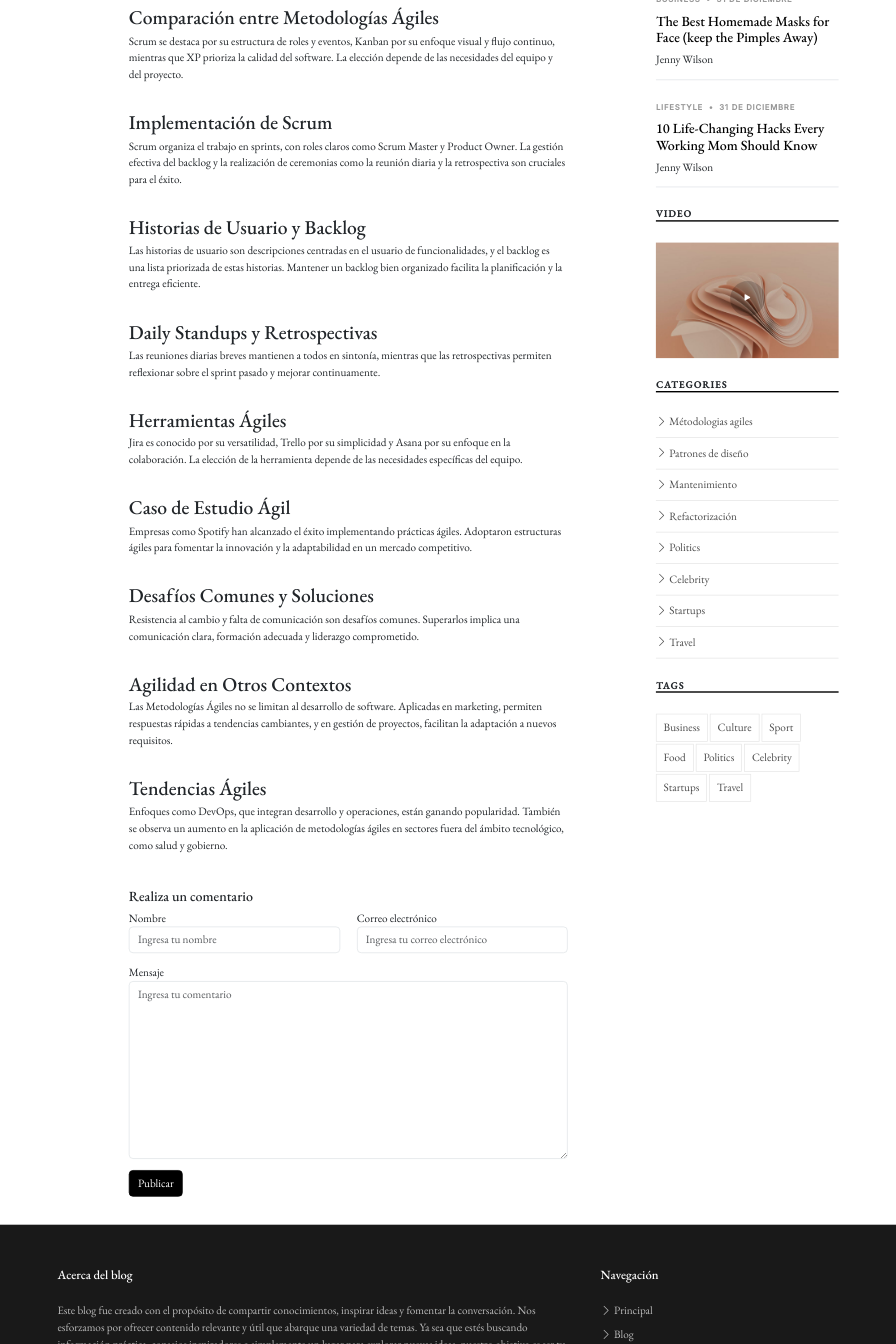
Repository: MiguelDev5/blog-miguel
Page: ma-post.html
An editor plug-in stored every save of this project. The page is shown before and after the next save, followed by the edit.
The browser window is 1280 px wide. The pictures show the part of the page from y = 861 to 2781 px (the page is 3064 px tall), at 70% of full size.
Some web fonts or font styles are not loaded; a fallback is used.

Above is the page before, as saved 2024-01-01 14:18:48.

### ma-post.html
<!DOCTYPE html>
<html lang="en">

<head>
  <meta charset="utf-8">
  <meta content="width=device-width, initial-scale=1.0" name="viewport">

  <title>MiguelBlog Bootstrap Template - Single Post</title>
  <meta content="" name="description">
  <meta content="" name="keywords">

  <!-- Favicons -->
  <link href="assets/img/favicon.png" rel="icon">
  <link href="assets/img/apple-touch-icon.png" rel="apple-touch-icon">

  <!-- Google Fonts -->
  <link rel="preconnect" href="https://fonts.googleapis.com">
  <link rel="preconnect" href="https://fonts.gstatic.com" crossorigin>
  <link href="https://fonts.googleapis.com/css2?family=EB+Garamond:wght@400;500&family=Inter:wght@400;500&family=Playfair+Display:ital,wght@0,400;0,700;1,400;1,700&display=swap" rel="stylesheet">

  <!-- Vendor CSS Files -->
  <link href="assets/vendor/bootstrap/css/bootstrap.min.css" rel="stylesheet">
  <link href="assets/vendor/bootstrap-icons/bootstrap-icons.css" rel="stylesheet">
  <link href="assets/vendor/swiper/swiper-bundle.min.css" rel="stylesheet">
  <link href="assets/vendor/glightbox/css/glightbox.min.css" rel="stylesheet">
  <link href="assets/vendor/aos/aos.css" rel="stylesheet">

  <!-- Template Main CSS Files -->
  <link href="assets/css/variables.css" rel="stylesheet">
  <link href="assets/css/main.css" rel="stylesheet">

  <!-- =======================================================
  * Template Name: MiguelBlog
  * Updated: Sep 18 2023 with Bootstrap v5.3.2
  * Template URL: https://bootstrapmade.com/miguelBlog-bootstrap-blog-template/
  * Author: BootstrapMade.com
  * License: https:///bootstrapmade.com/license/
  ======================================================== -->
</head>

<body>

  <!-- ======= Header ======= -->
  <header id="header" class="header d-flex align-items-center fixed-top">
    <div class="container-fluid container-xl d-flex align-items-center justify-content-between">

      <a href="index.html" class="logo d-flex align-items-center">
        <!-- Uncomment the line below if you also wish to use an image logo -->
        <!-- <img src="assets/img/logo.png" alt=""> -->
        <h1>MiguelBlog</h1>
      </a>

      <nav id="navbar" class="navbar">
        <ul>
          <li><a href="index.html">Blog miguel</a></li>
          <li><a href="about.html">Acerca de nosotros</a></li>
          <li><a href="contact.html">Contacto</a></li>
        </ul>
      </nav><!-- .navbar -->

      <div class="position-relative">
        <a href="#" class="mx-2"><span class="bi-facebook"></span></a>
        <a href="#" class="mx-2"><span class="bi-twitter"></span></a>
        <a href="#" class="mx-2"><span class="bi-instagram"></span></a>

        <a href="#" class="mx-2 js-search-open"><span class="bi-search"></span></a>
        <i class="bi bi-list mobile-nav-toggle"></i>

        <!-- ======= Search Form ======= -->
        <div class="search-form-wrap js-search-form-wrap">
          <form action="search-result.html" class="search-form">
            <span class="icon bi-search"></span>
            <input type="text" placeholder="Search" class="form-control">
            <button class="btn js-search-close"><span class="bi-x"></span></button>
          </form>
        </div><!-- End Search Form -->

      </div>

    </div>

  </header><!-- End Header -->

  <main id="main">

    <section class="single-post-content">
      <div class="container">
        <div class="row">
          <div class="col-md-9 post-content" data-aos="fade-up">

            <!-- ======= Single Post Content ======= -->
            <div class="single-post">
              <div class="post-meta"><span class="date">Metodologías ágiles</span> <span class="mx-1">&bullet;</span> <span>31 de Diciembre</span></div>
              <h1 class="mb-5">Introducción a las Metodologías Ágiles</h1>
              <p><span class="firstcharacter">L</span>as Metodologías Ágiles son enfoques colaborativos para el desarrollo que se centran en la adaptabilidad y la entrega incremental. Surgieron como respuesta a los desafíos de las metodologías tradicionales, priorizando la comunicación y la respuesta rápida a cambios.</p>
              <div class="col-md-9"></div>
                  <img src="assets/img/ma001.jpg" alt="" class="img-fluid" style="width: 200;">

              </div>
              <br/>
              <h3 class="mb-1">Introducción a las Metodologías Ágiles</h3>
              <p>Las Metodologías Ágiles son enfoques colaborativos para el desarrollo que se centran en la adaptabilidad y la entrega incremental. Surgieron como respuesta a los desafíos de las metodologías tradicionales, priorizando la comunicación y la respuesta rápida a cambios.</p>

              <br/>
              <h3 class="mb-1">Comparación entre Metodologías Ágiles</h3>
              <p>Scrum se destaca por su estructura de roles y eventos, Kanban por su enfoque visual y flujo continuo, mientras que XP prioriza la calidad del software. La elección depende de las necesidades del equipo y del proyecto.</p>

              <br/>
              <h3 class="mb-1">Implementación de Scrum</h3>
              <p>Scrum organiza el trabajo en sprints, con roles claros como Scrum Master y Product Owner. La gestión efectiva del backlog y la realización de ceremonias como la reunión diaria y la retrospectiva son cruciales para el éxito.</p>

              <br/>
              <h3 class="mb-1">Historias de Usuario y Backlog</h3>
              <p>Las historias de usuario son descripciones centradas en el usuario de funcionalidades, y el backlog es una lista priorizada de estas historias. Mantener un backlog bien organizado facilita la planificación y la entrega eficiente.</p>

              <br/>
              <h3 class="mb-1">Daily Standups y Retrospectivas</h3>
              <p>Las reuniones diarias breves mantienen a todos en sintonía, mientras que las retrospectivas permiten reflexionar sobre el sprint pasado y mejorar continuamente.</p>

              <br/>
              <h3 class="mb-1">Herramientas Ágiles</h3>
              <p>Jira es conocido por su versatilidad, Trello por su simplicidad y Asana por su enfoque en la colaboración. La elección de la herramienta depende de las necesidades específicas del equipo.</p>

              <br/>
              <h3 class="mb-1">Caso de Estudio Ágil</h3>
              <p>Empresas como Spotify han alcanzado el éxito implementando prácticas ágiles. Adoptaron estructuras ágiles para fomentar la innovación y la adaptabilidad en un mercado competitivo.</p>

              <br/>
              <h3 class="mb-1">Desafíos Comunes y Soluciones</h3>
              <p>Resistencia al cambio y falta de comunicación son desafíos comunes. Superarlos implica una comunicación clara, formación adecuada y liderazgo comprometido.</p>

              <br/>
              <h3 class="mb-1">Agilidad en Otros Contextos</h3>
              <p>Las Metodologías Ágiles no se limitan al desarrollo de software. Aplicadas en marketing, permiten respuestas rápidas a tendencias cambiantes, y en gestión de proyectos, facilitan la adaptación a nuevos requisitos.</p>

              <br/>
              <h3 class="mb-1">Tendencias Ágiles</h3>
              <p>Enfoques como DevOps, que integran desarrollo y operaciones, están ganando popularidad. También se observa un aumento en la aplicación de metodologías ágiles en sectores fuera del ámbito tecnológico, como salud y gobierno.</p>

            <!-- ======= Comments Form ======= -->
            <div class="row justify-content-center mt-5">

              <div class="col-lg-12">
                <h5 class="comment-title">Realiza un comentario</h5>
                <div class="row">
                  <div class="col-lg-6 mb-3">
                    <label for="comment-name">Nombre</label>
                    <input type="text" class="form-control" id="comment-name" placeholder="Ingresa tu nombre">
                  </div>
                  <div class="col-lg-6 mb-3">
                    <label for="comment-email">Correo electrónico</label>
                    <input type="text" class="form-control" id="comment-email" placeholder="Ingresa tu correo electrónico">
                  </div>
                  <div class="col-12 mb-3">
                    <label for="comment-message">Mensaje</label>

                    <textarea class="form-control" id="comment-message" placeholder="Ingresa tu comentario" cols="30" rows="10"></textarea>
                  </div>
                  <div class="col-12">
                    <input type="submit" class="btn btn-primary" value="Publicar">
                  </div>
                </div>
              </div>
            </div><!-- End Comments Form -->

          </div>
          <div class="col-md-3">
            <!-- ======= Sidebar ======= -->
            <div class="aside-block">

              <ul class="nav nav-pills custom-tab-nav mb-4" id="pills-tab" role="tablist">
                <li class="nav-item" role="presentation">
                  <button class="nav-link active" id="pills-popular-tab" data-bs-toggle="pill" data-bs-target="#pills-popular" type="button" role="tab" aria-controls="pills-popular" aria-selected="true">Popular</button>
                </li>
                <li class="nav-item" role="presentation">
                  <button class="nav-link" id="pills-latest-tab" data-bs-toggle="pill" data-bs-target="#pills-latest" type="button" role="tab" aria-controls="pills-latest" aria-selected="false">Últimos</button>
                </li>
              </ul>

              <div class="tab-content" id="pills-tabContent">

                <!-- Popular -->
                <div class="tab-pane fade show active" id="pills-popular" role="tabpanel" aria-labelledby="pills-popular-tab">
                  <div class="post-entry-1 border-bottom">
                    <div class="post-meta"><span class="date">Sport</span> <span class="mx-1">&bullet;</span> <span>31 de Diciembre</span></div>
                    <h2 class="mb-2"><a href="#">How to Avoid Distraction and Stay Focused During Video Calls?</a></h2>
                    <span class="author mb-3 d-block">Jenny Wilson</span>
                  </div>

                  <div class="post-entry-1 border-bottom">
                    <div class="post-meta"><span class="date">Lifestyle</span> <span class="mx-1">&bullet;</span> <span>31 de Diciembre</span></div>
                    <h2 class="mb-2"><a href="#">17 Pictures of Medium Length Hair in Layers That Will Inspire Your New Haircut</a></h2>
                    <span class="author mb-3 d-block">Jenny Wilson</span>
                  </div>

                  <div class="post-entry-1 border-bottom">
                    <div class="post-meta"><span class="date">Culture</span> <span class="mx-1">&bullet;</span> <span>31 de Diciembre</span></div>
                    <h2 class="mb-2"><a href="#">9 Half-up/half-down Hairstyles for Long and Medium Hair</a></h2>
                    <span class="author mb-3 d-block">Jenny Wilson</span>
                  </div>

                  <div class="post-entry-1 border-bottom">
                    <div class="post-meta"><span class="date">Lifestyle</span> <span class="mx-1">&bullet;</span> <span>31 de Diciembre</span></div>
                    <h2 class="mb-2"><a href="#">Life Insurance And Pregnancy: A Working Mom’s Guide</a></h2>
                    <span class="author mb-3 d-block">Jenny Wilson</span>
                  </div>

                  <div class="post-entry-1 border-bottom">
                    <div class="post-meta"><span class="date">Business</span> <span class="mx-1">&bullet;</span> <span>31 de Diciembre</span></div>
                    <h2 class="mb-2"><a href="#">The Best Homemade Masks for Face (keep the Pimples Away)</a></h2>
                    <span class="author mb-3 d-block">Jenny Wilson</span>
                  </div>

                  <div class="post-entry-1 border-bottom">
                    <div class="post-meta"><span class="date">Lifestyle</span> <span class="mx-1">&bullet;</span> <span>31 de Diciembre</span></div>
                    <h2 class="mb-2"><a href="#">10 Life-Changing Hacks Every Working Mom Should Know</a></h2>
                    <span class="author mb-3 d-block">Jenny Wilson</span>
                  </div>
                </div> <!-- End Popular -->



                <!-- Latest -->
                <div class="tab-pane fade" id="pills-latest" role="tabpanel" aria-labelledby="pills-latest-tab">
                  <div class="post-entry-1 border-bottom">
                    <div class="post-meta"><span class="date">Lifestyle</span> <span class="mx-1">&bullet;</span> <span>31 de Diciembre</span></div>
                    <h2 class="mb-2"><a href="#">Life Insurance And Pregnancy: A Working Mom’s Guide</a></h2>
                    <span class="author mb-3 d-block">Jenny Wilson</span>
                  </div>

                  <div class="post-entry-1 border-bottom">
                    <div class="post-meta"><span class="date">Business</span> <span class="mx-1">&bullet;</span> <span>31 de Diciembre</span></div>
                    <h2 class="mb-2"><a href="#">The Best Homemade Masks for Face (keep the Pimples Away)</a></h2>
                    <span class="author mb-3 d-block">Jenny Wilson</span>
                  </div>

                  <div class="post-entry-1 border-bottom">
                    <div class="post-meta"><span class="date">Lifestyle</span> <span class="mx-1">&bullet;</span> <span>31 de Diciembre</span></div>
                    <h2 class="mb-2"><a href="#">10 Life-Changing Hacks Every Working Mom Should Know</a></h2>
                    <span class="author mb-3 d-block">Jenny Wilson</span>
                  </div>

                  <div class="post-entry-1 border-bottom">
                    <div class="post-meta"><span class="date">Sport</span> <span class="mx-1">&bullet;</span> <span>31 de Diciembre</span></div>
                    <h2 class="mb-2"><a href="#">How to Avoid Distraction and Stay Focused During Video Calls?</a></h2>
                    <span class="author mb-3 d-block">Jenny Wilson</span>
                  </div>

                  <div class="post-entry-1 border-bottom">
                    <div class="post-meta"><span class="date">Lifestyle</span> <span class="mx-1">&bullet;</span> <span>31 de Diciembre</span></div>
                    <h2 class="mb-2"><a href="#">17 Pictures of Medium Length Hair in Layers That Will Inspire Your New Haircut</a></h2>
                    <span class="author mb-3 d-block">Jenny Wilson</span>
                  </div>

                  <div class="post-entry-1 border-bottom">
                    <div class="post-meta"><span class="date">Culture</span> <span class="mx-1">&bullet;</span> <span>31 de Diciembre</span></div>
                    <h2 class="mb-2"><a href="#">9 Half-up/half-down Hairstyles for Long and Medium Hair</a></h2>
                    <span class="author mb-3 d-block">Jenny Wilson</span>
                  </div>

                </div> <!-- End Latest -->

              </div>
            </div>

            <div class="aside-block">
              <h3 class="aside-title">Video</h3>
              <div class="video-post">
                <a href="https://www.youtube.com/watch?v=AiFfDjmd0jU" class="glightbox link-video">
                  <span class="bi-play-fill"></span>
                  <img src="assets/img/post-landscape-5.jpg" alt="" class="img-fluid">
                </a>
              </div>
            </div><!-- End Video -->

            <div class="aside-block">
              <h3 class="aside-title">Categories</h3>
              <ul class="aside-links list-unstyled">
                <li><a href="category.html"><i class="bi bi-chevron-right"></i> Métodologias agiles</a></li>
                <li><a href="category.html"><i class="bi bi-chevron-right"></i> Patrones de diseño</a></li>
                <li><a href="category.html"><i class="bi bi-chevron-right"></i> Mantenimiento</a></li>
                <li><a href="category.html"><i class="bi bi-chevron-right"></i> Refactorización</a></li>
                <li><a href="category.html"><i class="bi bi-chevron-right"></i> Politics</a></li>
                <li><a href="category.html"><i class="bi bi-chevron-right"></i> Celebrity</a></li>
                <li><a href="category.html"><i class="bi bi-chevron-right"></i> Startups</a></li>
                <li><a href="category.html"><i class="bi bi-chevron-right"></i> Travel</a></li>
              </ul>
            </div><!-- End Categories -->

            <div class="aside-block">
              <h3 class="aside-title">Tags</h3>
              <ul class="aside-tags list-unstyled">
                <li><a href="category.html">Business</a></li>
                <li><a href="category.html">Culture</a></li>
                <li><a href="category.html">Sport</a></li>
                <li><a href="category.html">Food</a></li>
                <li><a href="category.html">Politics</a></li>
                <li><a href="category.html">Celebrity</a></li>
                <li><a href="category.html">Startups</a></li>
                <li><a href="category.html">Travel</a></li>
              </ul>
            </div><!-- End Tags -->

          </div>
        </div>
      </div>
    </section>
  </main><!-- End #main -->

  <!-- ======= Footer ======= -->
  <footer id="footer" class="footer">
    <div class="footer-content">
      <div class="container">
        <div class="row g-5">
          <div class="col-lg-8">
            <h3 class="footer-heading">Acerca del blog</h3>
            <p>Este blog fue creado con el propósito de compartir conocimientos, inspirar ideas y fomentar la conversación. Nos esforzamos por ofrecer contenido relevante y útil que abarque una variedad de temas. Ya sea que estés buscando información práctica, consejos inspiradores o simplemente un lugar para explorar nuevas ideas, nuestro objetivo es ser tu recurso confiable. ¡Bienvenido a nuestro espacio virtual, donde la información se encuentra con la inspiración!</p>
            <p><a href="about.html" class="footer-link-more">Leer más</a></p>
          </div>
          <div class="col-6 col-lg-2">
            <h3 class="footer-heading">Navegación</h3>
            <ul class="footer-links list-unstyled">
              <li><a href="index.html"><i class="bi bi-chevron-right"></i> Principal</a></li>
              <li><a href="index.html"><i class="bi bi-chevron-right"></i> Blog</a></li>
              <li><a href="about.html"><i class="bi bi-chevron-right"></i> Nosotros</a></li>
              <li><a href="contact.html"><i class="bi bi-chevron-right"></i> Contacto</a></li>
            </ul>
          </div>
        </div>
      </div>
    </div>

    <div class="footer-legal">
      <div class="container">

        <div class="row justify-content-between">
          <div class="col-md-6 text-center text-md-start mb-3 mb-md-0">
            <div class="copyright">
              © Copyright <strong><span>MiguelBlog</span></strong>. All Rights Reserved
            </div>

            <div class="credits">
              Designed by BootstrapMade
            </div>

          </div>

          <div class="col-md-6">
            <div class="social-links mb-3 mb-lg-0 text-center text-md-end">
              <a href="#" class="twitter"><i class="bi bi-twitter"></i></a>
              <a href="#" class="facebook"><i class="bi bi-facebook"></i></a>
              <a href="#" class="instagram"><i class="bi bi-instagram"></i></a>
              <a href="#" class="google-plus"><i class="bi bi-skype"></i></a>
              <a href="#" class="linkedin"><i class="bi bi-linkedin"></i></a>
            </div>

          </div>

        </div>

      </div>
    </div>
  </footer>

  <a href="#" class="scroll-top d-flex align-items-center justify-content-center"><i class="bi bi-arrow-up-short"></i></a>

  <!-- Vendor JS Files -->
  <script src="assets/vendor/bootstrap/js/bootstrap.bundle.min.js"></script>
  <script src="assets/vendor/swiper/swiper-bundle.min.js"></script>
  <script src="assets/vendor/glightbox/js/glightbox.min.js"></script>
  <script src="assets/vendor/aos/aos.js"></script>
  <script src="assets/vendor/php-email-form/validate.js"></script>

  <!-- Template Main JS File -->
  <script src="assets/js/main.js"></script>

</body>

</html>

Loaded but not shown: assets/vendor/bootstrap/css/bootstrap.min.css (library); assets/vendor/bootstrap-icons/bootstrap-icons.css (library); assets/vendor/swiper/swiper-bundle.min.css (library); assets/vendor/glightbox/css/glightbox.min.css (library); assets/vendor/aos/aos.css (library); assets/vendor/bootstrap/js/bootstrap.bundle.min.js (library); assets/vendor/swiper/swiper-bundle.min.js (library); assets/vendor/glightbox/js/glightbox.min.js (library); assets/vendor/aos/aos.js (library); assets/vendor/php-email-form/validate.js (common file); assets/js/main.js (154 lines, source omitted); assets/css/main.css (1300 lines, source omitted); assets/css/variables.css (207 lines, source omitted)

After the next save:
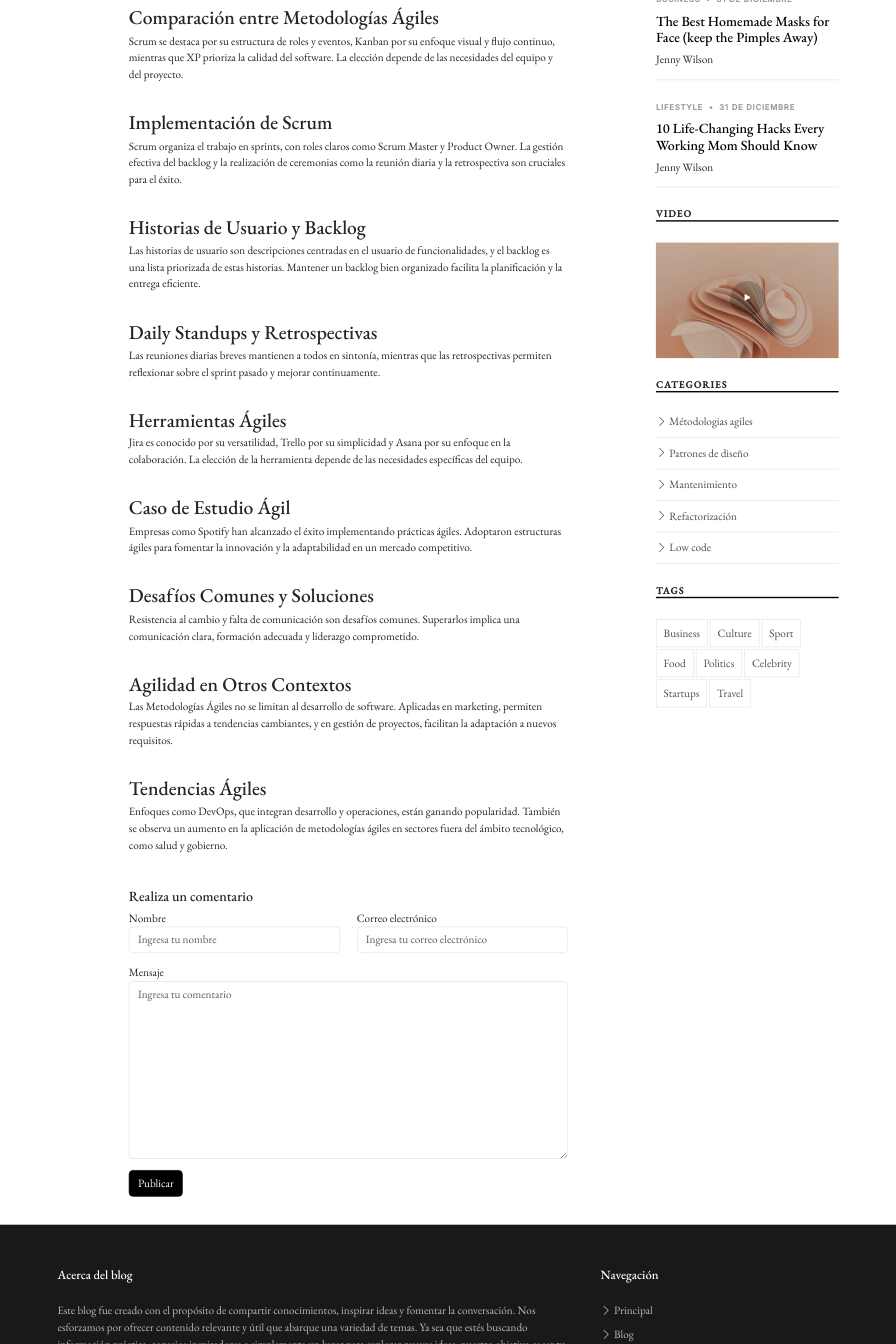
Saved 17 s later.
--- a/ma-post.html
+++ b/ma-post.html
@@ -280,10 +280,7 @@
                 <li><a href="category.html"><i class="bi bi-chevron-right"></i> Patrones de diseño</a></li>
                 <li><a href="category.html"><i class="bi bi-chevron-right"></i> Mantenimiento</a></li>
                 <li><a href="category.html"><i class="bi bi-chevron-right"></i> Refactorización</a></li>
-                <li><a href="category.html"><i class="bi bi-chevron-right"></i> Politics</a></li>
-                <li><a href="category.html"><i class="bi bi-chevron-right"></i> Celebrity</a></li>
-                <li><a href="category.html"><i class="bi bi-chevron-right"></i> Startups</a></li>
-                <li><a href="category.html"><i class="bi bi-chevron-right"></i> Travel</a></li>
+                <li><a href="category.html"><i class="bi bi-chevron-right"></i> Low code</a></li>
               </ul>
             </div><!-- End Categories -->
 
